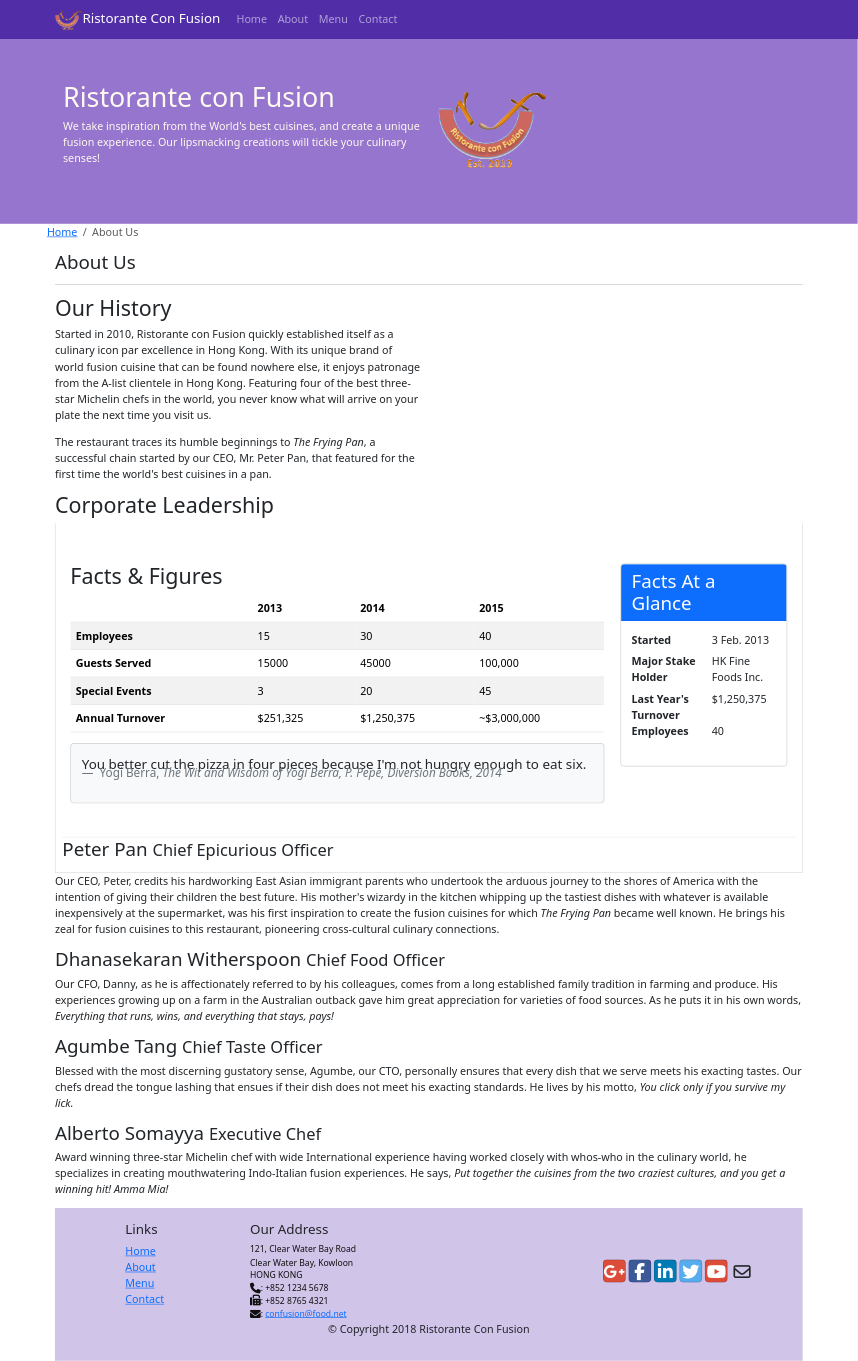
Repository: DungBuiTuan/FER201m
Page: aboutus.html
The author's editor kept a copy of each file at every save. The page is drawn from the files as they stood at one save, then again after the next save.
The browser window is 1280 px wide. The pictures show the whole page, at 67% of full size.
Some web libraries are served in a nearby version.

Above is the page before, as saved 2023-05-20 09:47:43.

### aboutus.html
<!DOCTYPE html>
<html lang="en">
  <head>
    <title>Ristorante Con Fusion: About Us</title>
    <meta charset="utf-8" />
    <meta
      name="viewport"
      content="width=device-width, initial-scale=1, shrink-to-fit=no"
    />
    <meta http-equiv="x-ua-compatible" content="ie=edge" />
    <!-- Bootstrap CSS -->
    <link
      rel="stylesheet"
      href="node_modules/bootstrap/dist/css/bootstrap.min.css"
    />
    <link rel="stylesheet" href="node_modules/font-awesome/css/font-awesome.min.css">
    <link rel="stylesheet" href="node_modules/bootstrap-social/bootstrap-social.css">
    <link href="css/styles.css" rel="stylesheet" />
  </head>

  <body>
    <nav class="navbar navbar-dark navbar-expand-sm fixed-top">
      <div class="container">
        <button
          class="navbar-toggler"
          type="button"
          data-toggle="collapse"
          data-target="#Navbar"
        >
          <span class="navbar-toggler-icon"></span>
        </button>
        <a class="navbar-brand mr-auto" href="#"
          ><img src="img/img/logo.png" height="30" width="41" />Ristorante Con
          Fusion</a
        >
        <div class="collapse navbar-collapse" id="Navbar">
          <ul class="navbar-nav mr-auto">
            <li class="nav-item active">
              <a class="nav-link" href="index.html">Home</a>
            </li>
            <li class="nav-item">
              <a class="nav-link" href="./aboutus.html">About</a>
            </li>
            <li class="nav-item"><a class="nav-link" href="LAB1/Aboutus.html">Menu</a></li>
            <li class="nav-item"><a class="nav-link" href="contactus.html">Contact</a></li>
          </ul>
        </div>
      </div>
    </nav>
    <header class="jumbotron">
      <div class="container">
        <div class="row row-header">
          <div class="col-12 col-sm-6">
            <h1>Ristorante con Fusion</h1>
            <p>
              We take inspiration from the World's best cuisines, and create a
              unique fusion experience. Our lipsmacking creations will tickle
              your culinary senses!
            </p>
          </div>
          <div class="col-12 col-sm align-self-center">
            <img src="img/img/logo.png" class="img-fluid" />
          </div>
        </div>
      </div>
    </header>

    <div class="container">
      <div class="row">
        <ol class="col-12 breadcrumb">
          <li class="breadcrumb-item"><a href="./index.html">Home</a></li>
          <li class="breadcrumb-item active">About Us</li>
        </ol>
        <div class="col-12">
          <h3>About Us</h3>
          <hr />
        </div>
      </div>

      <div class="row">
        <div class="col-12 col-sm-6 col-md-6">
          <h2>Our History</h2>
          <p>
            Started in 2010, Ristorante con Fusion quickly established itself as
            a culinary icon par excellence in Hong Kong. With its unique brand
            of world fusion cuisine that can be found nowhere else, it enjoys
            patronage from the A-list clientele in Hong Kong. Featuring four of
            the best three-star Michelin chefs in the world, you never know what
            will arrive on your plate the next time you visit us.
          </p>
          <p>
            The restaurant traces its humble beginnings to
            <em>The Frying Pan</em>, a successful chain started by our CEO, Mr.
            Peter Pan, that featured for the first time the world's best
            cuisines in a pan.
          </p>
        </div>
        <div></div>
      </div>

      <div class="row">
        <div class="col col-sm col-md">
          <div>
            <div>
              <h2>Corporate Leadership</h2>
            <div class="tab-content">
              <div class="row row-content">
                <div class="col-12 col-sm-9">
                  <h2>Facts &amp; Figures</h2>
                  <div class="table-responsive">
                    <table class="table table-striped">
                      <thead class="thead-dark">
                        <tr>
                          <th>&nbsp;</th>
                          <th>2013</th>
                          <th>2014</th>
                          <th>2015</th>
                        </tr>
                      </thead>
                      <tbody>
                        <tr>
                          <th>Employees</th>
                          <td>15</td>
                          <td>30</td>
                          <td>40</td>
                        </tr>
                        <tr>
                          <th>Guests Served</th>
                          <td>15000</td>
                          <td>45000</td>
                          <td>100,000</td>
                        </tr>
                        <tr>
                          <th>Special Events</th>
                          <td>3</td>
                          <td>20</td>
                          <td>45</td>
                        </tr>
                        <tr>
                          <th>Annual Turnover</th>
                          <td>$251,325</td>
                          <td>$1,250,375</td>
                          <td>~$3,000,000</td>
                        </tr>
                      </tbody>
                    </table>
                  </div>
                  <div class="col-12">
                    <div class="card card-body bg-light">
                      <blockquote class="blockquote">
                        <p class="mb-0">
                          You better cut the pizza in four pieces because I'm
                          not hungry enough to eat six.
                        </p>
                        <footer class="blockquote-footer">
                          Yogi Berra,
                          <cite title="Source Title"
                            >The Wit and Wisdom of Yogi Berra, P. Pepe,
                            Diversion Books, 2014</cite
                          >
                        </footer>
                      </blockquote>
                    </div>
                  </div>
                </div>
                <div class="col-12 col-sm-3">
                  <div class="card">
                    <h3 class="card-header bg-primary text-white">
                      Facts At a Glance
                    </h3>
                    <div class="card-body">
                      <dl class="row">
                        <dt class="col-6">Started</dt>
                        <dd class="col-6">3 Feb. 2013</dd>
                        <dt class="col-6">Major Stake Holder</dt>
                        <dd class="col-6">HK Fine Foods Inc.</dd>
                        <dt class="col-6">Last Year's Turnover</dt>
                        <dd class="col-6">$1,250,375</dd>
                        <dt class="col-6">Employees</dt>
                        <dd class="col-6">40</dd>
                      </dl>
                    </div>
                  </div>
                </div>
              </div>

              <h3>Peter Pan <small>Chief Epicurious Officer</small></h3>
            </div>
            <div class="d-none d-sm-block">
              <p>
                Our CEO, Peter, credits his hardworking East Asian immigrant
                parents who undertook the arduous journey to the shores of
                America with the intention of giving their children the best
                future. His mother's wizardy in the kitchen whipping up the
                tastiest dishes with whatever is available inexpensively at the
                supermarket, was his first inspiration to create the fusion
                cuisines for which <em>The Frying Pan</em> became well known. He
                brings his zeal for fusion cuisines to this restaurant,
                pioneering cross-cultural culinary connections.
              </p>
            </div>
          </div>
          <div>
            <div>
              <h3>
                Dhanasekaran Witherspoon <small>Chief Food Officer</small>
              </h3>
            </div>
            <div class="d-none d-sm-block">
              <p>
                Our CFO, Danny, as he is affectionately referred to by his
                colleagues, comes from a long established family tradition in
                farming and produce. His experiences growing up on a farm in the
                Australian outback gave him great appreciation for varieties of
                food sources. As he puts it in his own words,
                <em
                  >Everything that runs, wins, and everything that stays,
                  pays!</em
                >
              </p>
            </div>
          </div>
          <div>
            <div>
              <h3>Agumbe Tang <small>Chief Taste Officer</small></h3>
            </div>
            <div class="d-none d-sm-block">
              <p>
                Blessed with the most discerning gustatory sense, Agumbe, our
                CTO, personally ensures that every dish that we serve meets his
                exacting tastes. Our chefs dread the tongue lashing that ensues
                if their dish does not meet his exacting standards. He lives by
                his motto, <em>You click only if you survive my lick.</em>
              </p>
            </div>
          </div>
          <div>
            <div>
              <h3>Alberto Somayya <small>Executive Chef</small></h3>
            </div>
            <div class="d-none d-sm-block">
              <p>
                Award winning three-star Michelin chef with wide International
                experience having worked closely with whos-who in the culinary
                world, he specializes in creating mouthwatering Indo-Italian
                fusion experiences. He says,
                <em
                  >Put together the cuisines from the two craziest cultures, and
                  you get a winning hit! Amma Mia!</em
                >
              </p>
            </div>
          </div>
        </div>
      </div>
    </div>
    <footer class="footer">
      <div class="container">
        <div class="row">
          <div class="col-4 offset-1 col-sm-2">
            <h5>Links</h5>
            <ul class="list-unstyled">
              <li><a href="#">Home</a></li>
              <li><a href="#">About</a></li>
              <li><a href="#">Menu</a></li>
              <li><a href="#">Contact</a></li>
            </ul>
          </div>
          <div class="col-7 col-sm-5">
            <h5>Our Address</h5>
            <address>
              121, Clear Water Bay Road<br />
              Clear Water Bay, Kowloon<br />
              HONG KONG<br />
              <i class="fa fa-phone fa-lg"></i>: +852 1234 5678<br />
              <i class="fa fa-fax fa-lg"></i>: +852 8765 4321<br />
              <i class="fa fa-envelope fa-lg"></i>:
              <a href="mailto:confusion@food.net">confusion@food.net</a>
            </address>
          </div>
          <div class="col-12 col-sm-4 align-self-center">
            <div class="text-center">
              <a
                class="btn btn-social-icon btn-google"
                href="http://google.com/+"
                ><i class="fa fa-google-plus"></i
              ></a>
              <a
                class="btn btn-social-icon btn-facebook"
                href="http://www.facebook.com/profile.php?id="
                ><i class="fa fa-facebook"></i
              ></a>
              <a
                class="btn btn-social-icon btn-linkedin"
                href="http://www.linkedin.com/in/"
                ><i class="fa fa-linkedin"></i
              ></a>
              <a
                class="btn btn-social-icon btn-twitter"
                href="http://twitter.com/"
                ><i class="fa fa-twitter"></i
              ></a>
              <a
                class="btn btn-social-icon btn-google"
                href="http://youtube.com/"
                ><i class="fa fa-youtube"></i
              ></a>
              <a class="btn btn-social-icon" href="mailto:"
                ><i class="fa fa-envelope-o"></i
              ></a>
            </div>
          </div>
        </div>
        <div class="row justify-content-center">
          <div class="col-auto">
            <p>© Copyright 2018 Ristorante Con Fusion</p>
          </div>
        </div>
      </div>
    </footer>
    <script src="node_modules/jquery/dist/jquery.slim.min.js"></script>
    <script src="node_modules/popper.js/dist/umd/popper.min.js"></script>
    <script src="node_modules/bootstrap/dist/js/bootstrap.min.js"></script>
  </body>
</html>

### css/styles.css
body{
    padding:50px 0px 0px 0px;
    z-index:0;
}

.navbar-dark {
     background-color: #512DA8;
}

.row-header{
    margin:0px auto;
    padding:0px;
}

.row-content {
    margin:0px auto;
    padding: 50px 0px 50px 0px;
    border-bottom: 1px ridge;
    min-height:400px;
}

.footer{
    background-color: #D1C4E9;
    margin:0px auto;
    padding: 20px 0px 20px 0px;
}

.jumbotron {
    padding:70px 30px 70px 30px;
    margin:0px auto;
    background: #9575CD ;
    color:floralwhite;
}

address{
    font-size:80%;
    margin:0px;
    color:#0f0f0f;
}

.tab-content {
    border-left: 1px solid #ddd;
    border-right: 1px solid #ddd;
    border-bottom: 1px solid #ddd;
    padding: 10px;
}

Loaded but not shown: LAB1/bootstrap-social.css (library)

After the next save:
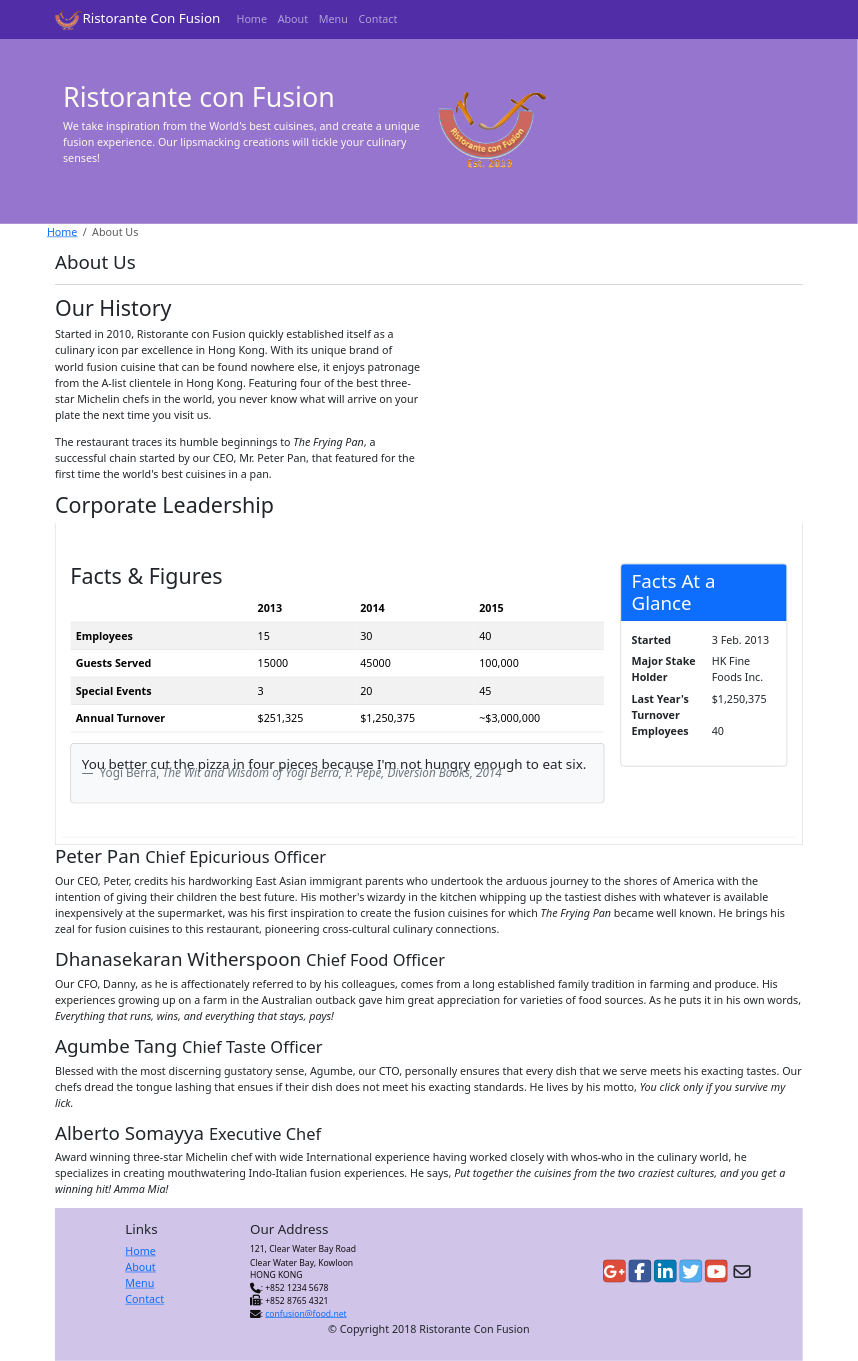
Saved 10 min 35 s later.
--- a/aboutus.html
+++ b/aboutus.html
@@ -183,9 +183,9 @@
                   </div>
                 </div>
               </div>
-
-              <h3>Peter Pan <small>Chief Epicurious Officer</small></h3>
-            </div>
+            </div>
+
+            <h3>Peter Pan <small>Chief Epicurious Officer</small></h3>
             <div class="d-none d-sm-block">
               <p>
                 Our CEO, Peter, credits his hardworking East Asian immigrant

After the save that followed:
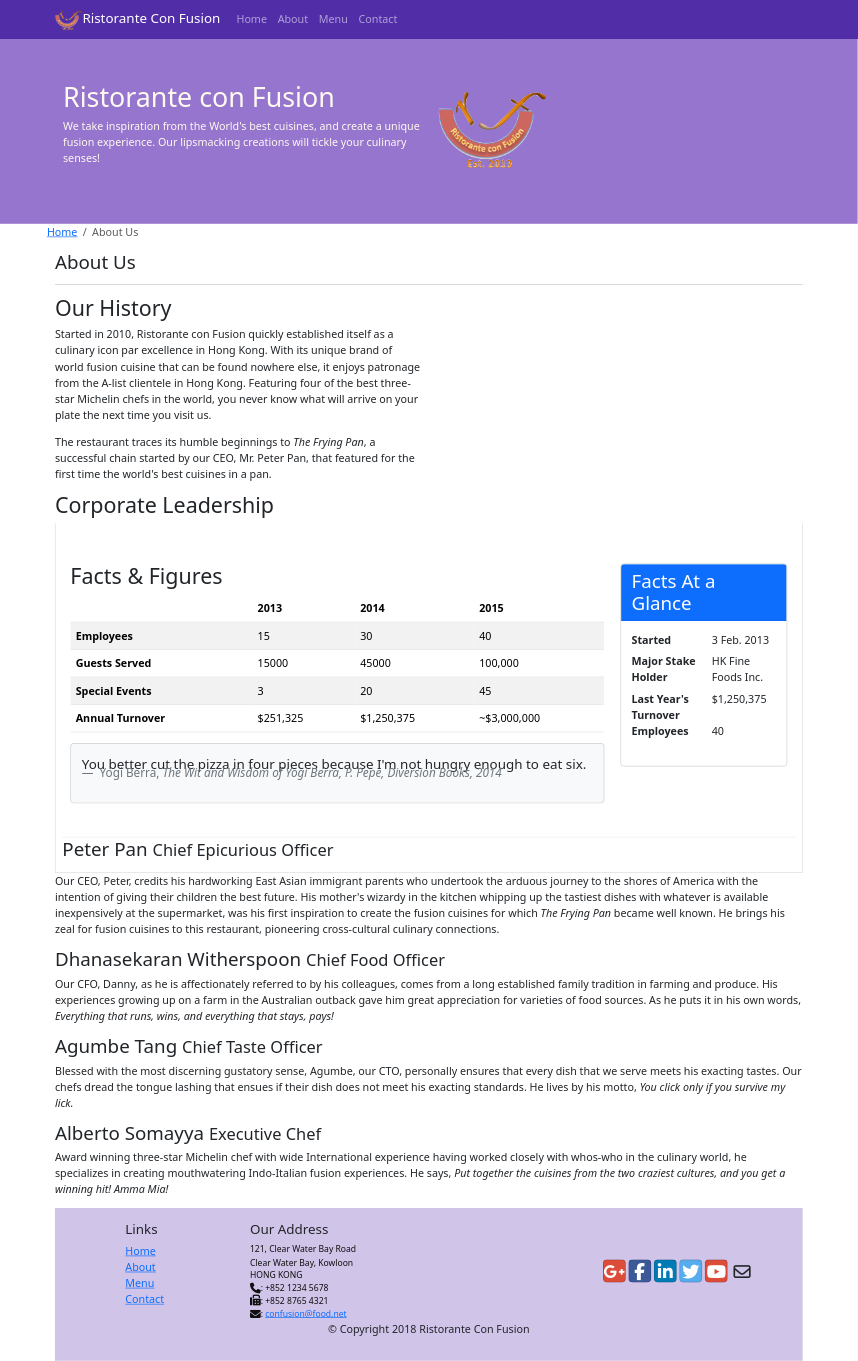
Saved 21 s later.
--- a/aboutus.html
+++ b/aboutus.html
@@ -183,9 +183,9 @@
                   </div>
                 </div>
               </div>
-            </div>
-
-            <h3>Peter Pan <small>Chief Epicurious Officer</small></h3>
+
+              <h3>Peter Pan <small>Chief Epicurious Officer</small></h3>
+            </div>
             <div class="d-none d-sm-block">
               <p>
                 Our CEO, Peter, credits his hardworking East Asian immigrant
